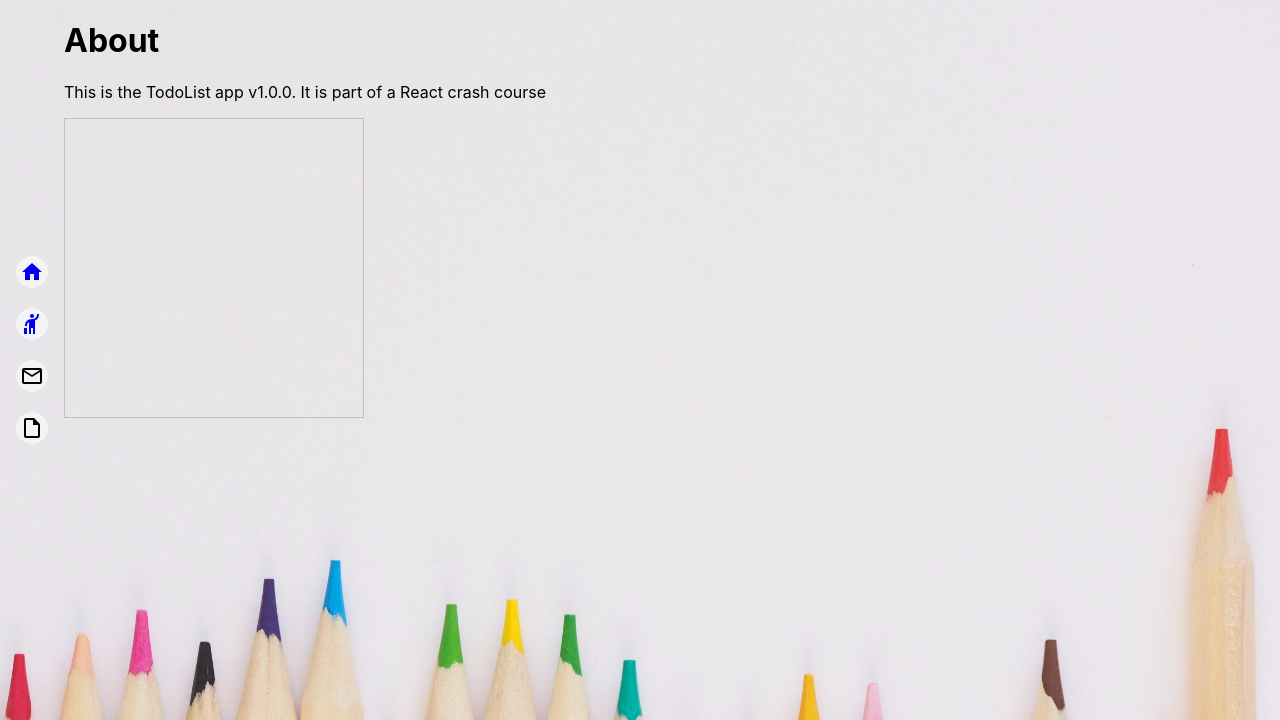
Repository: ujjawalmittal55/portfolio1
Page: /about
These files come from the project's save history. The page is drawn as it stood at one moment and after the next save; the edit follows.
The browser window is 1280 px wide. The pictures show the whole page.
The project was rebuilt for these pictures with package versions that can differ from the ones it lists, and the page was loaded fresh each time. Also part of the build but not shown: src/display.css, src/Display.tsx.

Above is the page before, as saved 2022-05-05 22:21:05.

After the next save:
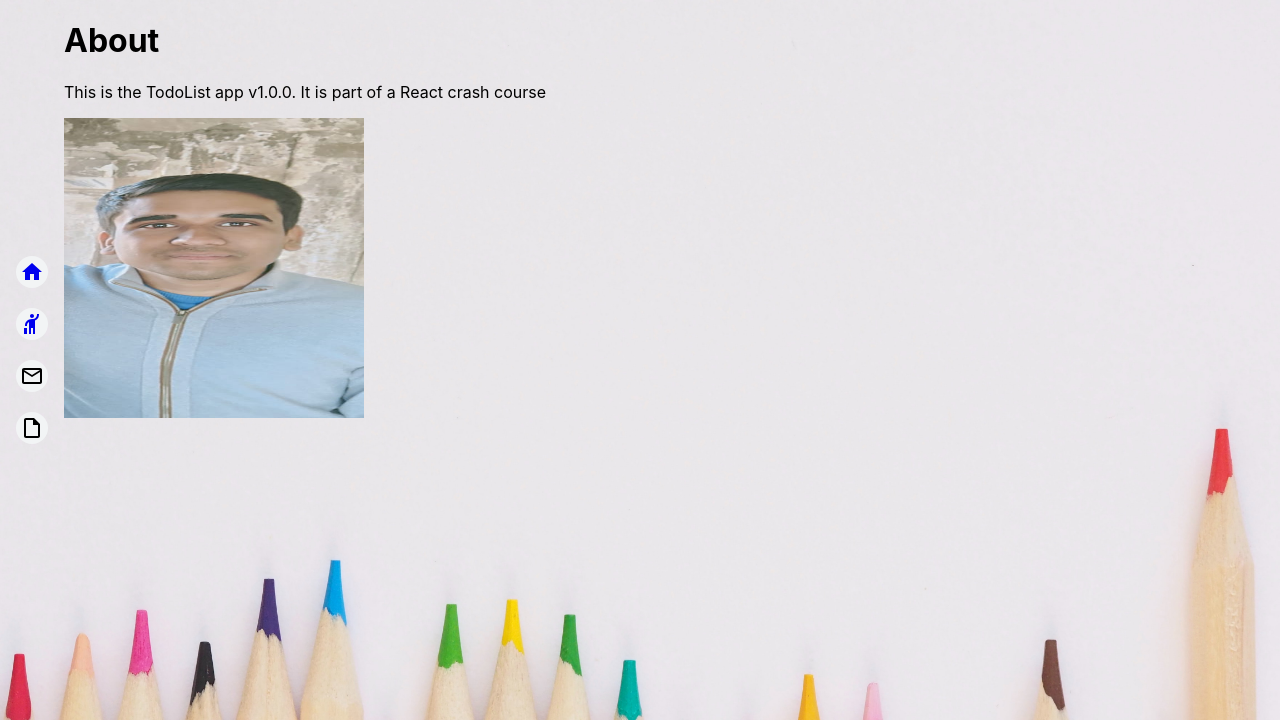
Saved 12 s later.
--- a/src/About.jsx
+++ b/src/About.jsx
@@ -5,7 +5,7 @@ function About() {
     <div>
       <h1>About</h1>
       <p>This is the TodoList app v1.0.0. It is part of a React crash course</p>
-      <img url="/my.jpeg" width="300" height="300" />
+      <img src="/my.jpeg" width="300" height="300" />
     </div>
   );
 }
